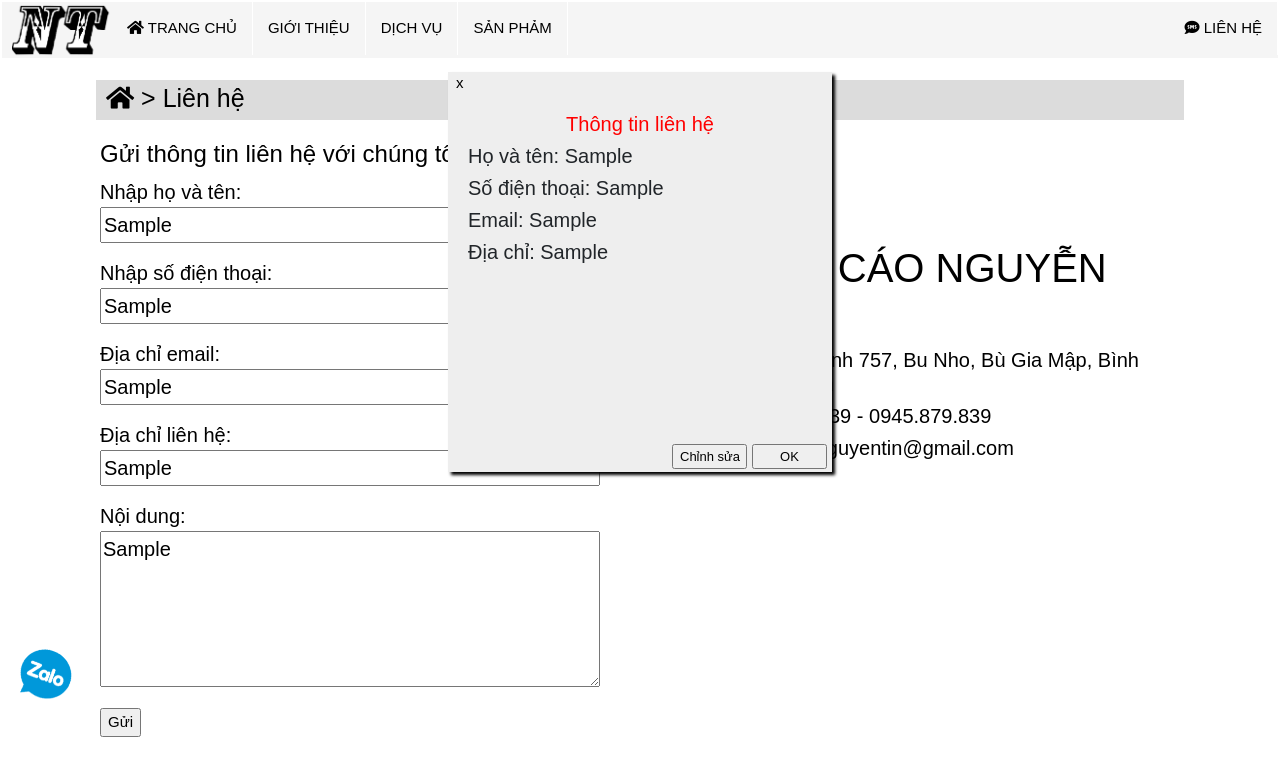
Repository: Haunguyen42193/quangcaonguyentin.github.io
Page: contact.html
These files come from the project's save history. The page is drawn as it stood at one moment and after the next save; the edit follows.
The browser window is 1280 px wide. The pictures show the part of the page from y = 0 to 757 px (the page is 1526 px tall).
Empty fields were first filled with sample values (such as "Sample", 5 or name@example.com).
After loading, the first visible `#submit` was clicked once.
Pictures or frames that could not be fetched are drawn as grey boxes. Some web fonts or font styles are not loaded; a fallback is used. Some web libraries are served in a nearby version.

Above is the page before, as saved 2021-09-17 18:13:07.

### contact.html
<!DOCTYPE html>
<html lang="en">
<head>
    <meta charset="UTF-8">
    <meta http-equiv="X-UA-Compatible" content="IE=edge">
    <meta name="viewport" content="width=device-width, initial-scale=1.0">
    <meta http-equiv="refresh" content="18000"/>
    <title>Quảng Cáo Nguyễn Tín</title>
    <link rel="shotcut icon" href="images/logo2.png"/>
    <link
    rel="stylesheet"
    href="https://cdnjs.cloudflare.com/ajax/libs/animate.css/4.1.1/animate.min.css"
    />
    <!--carousel-->
    <link href="https://cdn.jsdelivr.net/npm/bootstrap@5.1.0/dist/css/bootstrap.min.css" rel="stylesheet" integrity="sha384-KyZXEAg3QhqLMpG8r+8fhAXLRk2vvoC2f3B09zVXn8CA5QIVfZOJ3BCsw2P0p/We" crossorigin="anonymous">
    <!--font awesome-->
    <link rel="stylesheet" href="https://pro.fontawesome.com/releases/v5.10.0/css/all.css" integrity="sha384-AYmEC3Yw5cVb3ZcuHtOA93w35dYTsvhLPVnYs9eStHfGJvOvKxVfELGroGkvsg+p" crossorigin="anonymous"/>
    <!--css-->
    <link rel="stylesheet" href="CSS/stylecontact.css"/>
    <!--font chữ-->
    <link rel="preconnect" href="https://fonts.googleapis.com">
    <link rel="preconnect" href="https://fonts.gstatic.com" crossorigin>
    <link href="https://fonts.googleapis.com/css2?family=K2D:wght@600&display=swap" rel="stylesheet">
    <!-- JavaScript Bundle with Popper -->
    <script src="https://cdn.jsdelivr.net/npm/bootstrap@5.1.0/dist/js/bootstrap.bundle.min.js" integrity="sha384-U1DAWAznBHeqEIlVSCgzq+c9gqGAJn5c/t99JyeKa9xxaYpSvHU5awsuZVVFIhvj" crossorigin="anonymous"></script>
    <!--Jquery-->
    <script src="Js/jquery-3.6.0.min.js"></script>

</head>
<body>
    <script src="Js/main.js"></script>
    <nav class="header-menu">
        <div class="menu">
            <div class="logo">
                <a href="homepage.html"><img src="images/logo2.png" alt="bang quang cao tiem" id="logotiem"/></a>
            </div>
            <ul>
                <li><a href="homepage.html"><i class="fas fa-home"></i> TRANG CHỦ</a></li>
                <li><a href="#">GIỚI THIỆU</a></li>
                <li class="sub"><a href="homepage.html">DỊCH VỤ</a>
                    <ul class="menu subcontent">
                        <li><a href="#">LÀM BẢNG HIỆU LED</a></li>
                        <li><a href="#">LÀM BẢNG HIỆU ALU</a></li>
                        <li><a href="#">LÀM BẢNG HIỆU HỘP ĐÈN</a></li>
                        <li><a href="#">LÀM BẢNG HIỆU MICA</a></li>
                    </ul>
                </li>
                <li class="sub"><a href="#">SẢN PHẢM</a>
                    <ul class="menu subcontent">
                      <li><a href="#">BẢNG HIỆU HỘP ĐÈN</a></li>
                      <li><a href="#">MẶT DỰNG ALU</a></li>
                      <li><a href="#">BẢNG HIỆU CHỮ NỔI</a></li>
                      <li><a href="#">BẢNG HIỆU LED</a></li>
                    </ul>
                </li>
                <li><a href="contact.html"><i class="fas fa-sms"></i> LIÊN HỆ</a></li>
            </ul>
        </div>
      </nav>

      <!--go to top-->
      <div>
        <a id="goToTop" href="javascript:;"><i class="fas fa-chevron-up" title="GO TO TOP"></i></a>
      </div>
      <!--zalo-->
      <div class="zalo">
        <a href="https://zalo.me/0982652639" target="_blank"><img src="images/icon-zalo1.png"/></a>
      </div>
      <!--content of contact-->
    <section>
        <div class="contact-title">
            <div>
                <a href="homepage.html" title="Trang chủ"><i class="fas fa-home"></i></a>
                <span>></span>
                <span class="move">Liên hệ</span>
            </div>
        </div>
        <div class="contact">
            <div class="contact-info">
                <h4>Gửi thông tin liên hệ với chúng tôi</h4>
                <div class="nhap">
                    <p>Nhập họ và tên: </p><input type="text" placeholder="Nhập họ và tên" id="name"/>
                </div>
                <div class="nhap">
                    <p>Nhập số điện thoại:</p><input type="text" placeholder="Nhập số điện thoại" id="phone"/>
                </div>
                <div class="nhap">
                    <p>Địa chỉ email: </p><input type="text" placeholder="email" id="mail"/>
                </div>
                <div class="nhap">
                    <p>Địa chỉ liên hệ: </p><input type="text" placeholder="Địa chỉ đầy đủ" id="address"/>
                </div>
                <div class="nhap">
                    <p>Nội dung:</p>
                    <textarea placeholder="Nhập nội dung yêu cầu" name="sNoidung" rows="5" id="request"></textarea>
                </div>
                <div class="submit">
                    <input type="button" value="Gửi" id="submit"/>
                </div>

            </div>
        </div>
        <div class="popup">
          <div class="inform">
            <a href="#">x</a>
            <input type="button" value="OK" id="ok"/>
            <input type="button" value="Chỉnh sửa" id="fix"/>
          </div>
        </div>
        <div class="contact1">
            <div class="contact-info">
                <img src="images/logo2.png" alt="logo" class="foot-logo" />
                <h1>QUẢNG CÁO NGUYỄN TÍN</h1>
                <h2>Địa chỉ: Đường tỉnh 757, Bu Nho, Bù Gia Mập, Bình Phước, Việt Nam</h2>
                <h2>SĐT: 0982.652.639 - 0945.879.839</h2>
                <h2>Mail: quangcaonguyentin@gmail.com</h2>
            </div>
        </div>
    </section>
    <div class="google-map-contact">
        <iframe src="https://www.google.com/maps/embed?pb=!1m18!1m12!1m3!1d5524.536939975059!2d106.86915028708552!3d11.734195462804998!2m3!1f0!2f0!3f0!3m2!1i1024!2i768!4f13.1!3m3!1m2!1s0x31735d28dd4c295f%3A0xd023a3b16b598d53!2zVHLGsOG7nW5nIFRIUFQgTmd1eeG7hW4gS2h1eeG6v24gLSBCw7kgTmhv!5e0!3m2!1svi!2s!4v1629276927340!5m2!1svi!2s" style="border:0;" allowfullscreen="" loading="lazy"></iframe>"
    </div>
    <section>
        <div class="foot-contacts">
          <div class="foot-contact">
            <img src="images/logo2.png" alt="logo" class="foot-logo" />
            <h1>QUẢNG CÁO NGUYỄN TÍN</h1>
            <h2>Địa chỉ: Đường tỉnh 757, Bu Nho, Bù Gia Mập, Bình Phước, Việt Nam</h2>
            <h2>SĐT: 0982.652.639 - 0945.879.839</h2>
            <h2>Mail: quangcaonguyentin@gmail.com</h2>
          </div>
          <div class="foot-service">
            <div class="foot-service-title">
              <h1>DANH MỤC DỊCH VỤ</h1>
            </div>
            <h2><a href="#">Làm bảng hiệu LED</a></h2>
            <h2><a href="#">Làm bảng hiệu ALU</a></h2>
            <h2><a href="#">Làm bảng hiệu HỘP ĐÈN</a></h2>
            <h2><a href="#">Làm bảng hiệu MICA</a></h2>
          </div>
          <div class="foot-product">
            <div class="foot-service-title">
              <h1>DANH MỤC SẢN PHẨM</h1>
            </div>
            <h2><a href="#">Làm bảng hiệu LED</a></h2>
            <h2><a href="#">Làm bảng hiệu ALU</a></h2>
            <h2><a href="#">Làm bảng hiệu HỘP ĐÈN</a></h2>
            <h2><a href="#">Làm bảng hiệu MICA</a></h2>
          </div>
        </div>
      </section>
      <!--foot-->
      <div class="web-foot">
        <h2>QUẢNG CÁO NGUYỄN TÍN &#10052 2021</h2>
      </div>
</body>
</html>

### CSS/stylecontact.css
body {
    font-family: 'K2D', sans-serif;
    font-size: 15px;
    background-color: white;
    background-repeat: no-repeat;
    background-attachment: fixed;
}
/*menu*/
.header-menu{
    width:100%;
    background-color: whitesmoke;
    padding-left: 10px;
    border: 2px solid white;
    position: fixed;
    z-index:99;
    top:0;
    left:0;
}
img#logotiem{
    width:100px;
    float:left;
}
div.menu > ul{
    display:flex;
    /* justify-content: center;
    align-items: center; */
}
div.menu ul{
    list-style-type: none;
    margin: 0;
    padding:0;
    background-color: whitesmoke;
}
div.menu ul li:last-child{
    margin-left: auto;
}
.subcontent{
    display:none;
    background: linear-gradient(gray, rgb(224, 222, 222));
}
.sub:hover .subcontent{
    display: block;
    position:absolute;
    width: 230px;
}

div.menu ul li{
    margin-bottom: 0px;
    position:relative;
    border-right: 1px solid white;
}

div.menu ul li a::before{
    content: '';
     position: absolute;
     bottom: -7px;
     left: 0px;
     width: 100%;
     height: 5px;
     background-color: #0cacdd;
     border-radius: 8px 8px 0 0;
     opacity: 0;
     transition: 0.3s;
}

div.menu ul li a:hover:before{
    opacity: 1;
    bottom:0;
}
div.menu ul li a{
    text-decoration: none;
    display: block;
    padding: 15px;
}
a:link{
    color:black;
}
a:visited{
    color:black;
}
a:hover{
    background-color: rgb(37, 32, 32);
    color: #2591d8;
}
a:active{
    color:rgb(35, 23, 201);
}

.subcontent::before{
    content: " ";
    border-width: 10px;
    border-style: solid;
    border-color:transparent transparent gray transparent;
    position: absolute;
    bottom: 100%;
    left:15%;
}
/*gototop*/
#goToTop {
    position: fixed;
    font-size: 30px;
    border-radius: 50%;
    z-index: 99;
    padding: 0 10px;
    border: 2px solid red;
    color: red;
    opacity: 0.5;
    right: 10px;
    bottom: 10px;
}
/*zalo*/
.zalo{
    position: fixed;
    z-index: 999;
    left: 20px;
    bottom: 20px;
    width: 4%;
}
.zalo img{
    width: 100%;
    animation:zalo-ring 1s infinite ease-in-out;
}
.zalo > a:hover{
    background-color: transparent;
}
@keyframes zalo-ring{
    0%{
    transform:rotate(0) scale(1) skew(1deg)
    }
    10%{
        transform:rotate(-25deg) scale(1.05) skew(1deg)
    }
    20%{
        transform:rotate(25deg) scale(1) skew(1deg)
    }
    30%{
        transform:rotate(-25deg) scale(1.05) skew(1deg)
    }
    40%{
        transform:rotate(25deg) scale(1) skew(1deg)
    }
    50%{
        transform:rotate(0) scale(1) skew(1deg)
    }
    100%{
        transform:rotate(0) scale(1) skew(1deg)
    }
}
/*foot contact*/
.foot-contacts {
    display: flex;
    position: relative;
    top: 120px;
    justify-content: center;
}
.foot-contacts h2{
    font-size: 15px;
}
.foot-contact {
    display: flex;
    width: 350px;
    flex-wrap: wrap;
    width: 25%;
}
.foot-logo{
    width:30%;
}
.foot-contact h1{
    width: 50%;
    font-size: 25px;
}
.foot-service{
    position: relative;
    border-right: 1px solid gray;
    width:25%;
    padding: 0 50px;
    border-left: 1px solid gray;
}
.foot-product{
    position: relative;
    width: 25%;
    padding: 0 50px;
}
.foot-service-title h1{
    font-size: 20px;
    padding-bottom: 10px;
    padding-top: 10px;
}
.foot-contacts a{
    text-decoration: none;
}
.foot-contacts a:link{
    color: #4b7494;
}
.foot-contacts a:visited{
    color: #4b7494;
}
.foot-contacts a:hover{
    color: #0c0e0f;
    background-color: white;
}
.foot-contacts a:active{
    color: #124c79;
}
/*web foot*/
.web-foot{
    background-color: gray;
    position: relative;
    top: 80px;
    padding: 15px;
    margin-top: 60px;
}
.web-foot > h2{
    text-align: center;
    font-size: 15px;
}
/*contact*/
.contact {
    color: black;
    position: relative;
    top:100px;
    left: 100px;
    width: 500px;
    border-radius: 5px;
}
.contact1 {
    color: black;
    position: absolute;
    top:160px;
    right: 100px;
    width: 500px;
    border-radius: 5px;
}
.contact-title{
    color: black;
    position: relative;
    top: 80px;
    width: 85%;
    margin: auto;
    height: 40px;
    background-color: gainsboro;
    font-size: 25px;
}
.contact-title div{
    padding-left: 10px;
}
.contact-title a:hover{
    background-color: transparent;
    color: black;
}
.contact-info p{
    font-size: 20px;
    position: relative;
    margin: 0;
}
.nhap input, textarea{
    font-size: 20px;
    width: 100%;
    margin-bottom: 15px;
}
.contact1 h2{
    font-size: 20px;
}
.inform{
    position: fixed;
    width: 30%;
    height: 400px;
    background-color: rgb(238, 238, 238);
    z-index: 99;
    top: 10%;
    left:35%;
    box-shadow: 3px 3px 3px black;
}
.inform a{
    padding: 0 8px 5px;
    text-decoration: none;
    position: absolute;
    top: 0;
    left: 0;
    color: black;

}
.inform a:hover{
    background-color: red;
    color: white;
    outline: 1px groove white;
}
#ok{
    position: absolute;
    bottom: 3px;
    right: 5px;
    width: 75px;
    font-size: 13px;
}
#fix{
    position: absolute;
    bottom: 3px;
    right: 85px;
    width: 75px;
    font-size: 13px;
}
.notice{
    padding: 40px 20px;
}
.notice h5:first-child{
    text-align: center;
    color: red;
}
/*contact-map*/
.google-map-contact iframe{
    position: relative;
    top:120px;
    width: 100%;
    height:500px;
}

### Js/main.js

$(document).ready(function() {
    $("#goToTop").hide()
    $(window).scroll(function() {

        if($(this).scrollTop() >= 80)
            $("#goToTop").show("slow");
        else
            $("#goToTop").hide("slow");

    })
    $("#goToTop").click(function() {
        $("html, body").animate({
            scrollTop: 0
        }, 1000);
    })
    $(".inform").hide()
    $("#submit").click(function(){
        var name = $("#name").val()
        var phone = $("#phone").val()
        var mail = $("#mail").val()
        var address = $("#address").val()
        $(".popup").prepend(`
        <div class="inform">
            <a href="#">x</a>
            <input type="button" value="OK" id="ok"/>
            <input type="button" value="Chỉnh sửa" id="fix"/>
            <div class="notice">
                <h5>Thông tin liên hệ</h5>
                <h5>Họ và tên: ${name}</h5>
                <h5>Số điện thoại: ${phone}</h5>
                <h5>Email: ${mail}</h5>
                <h5>Địa chỉ: ${address}</h5>
            </div>
          </div>
        `)
    })
    $(".popup").on("click", ".inform a, #ok", function(){
        event.preventDefault()
        $(this).parent().remove()
    })
})

Loaded but not shown: Js/jquery-3.6.0.min.js (library)

After the next save:
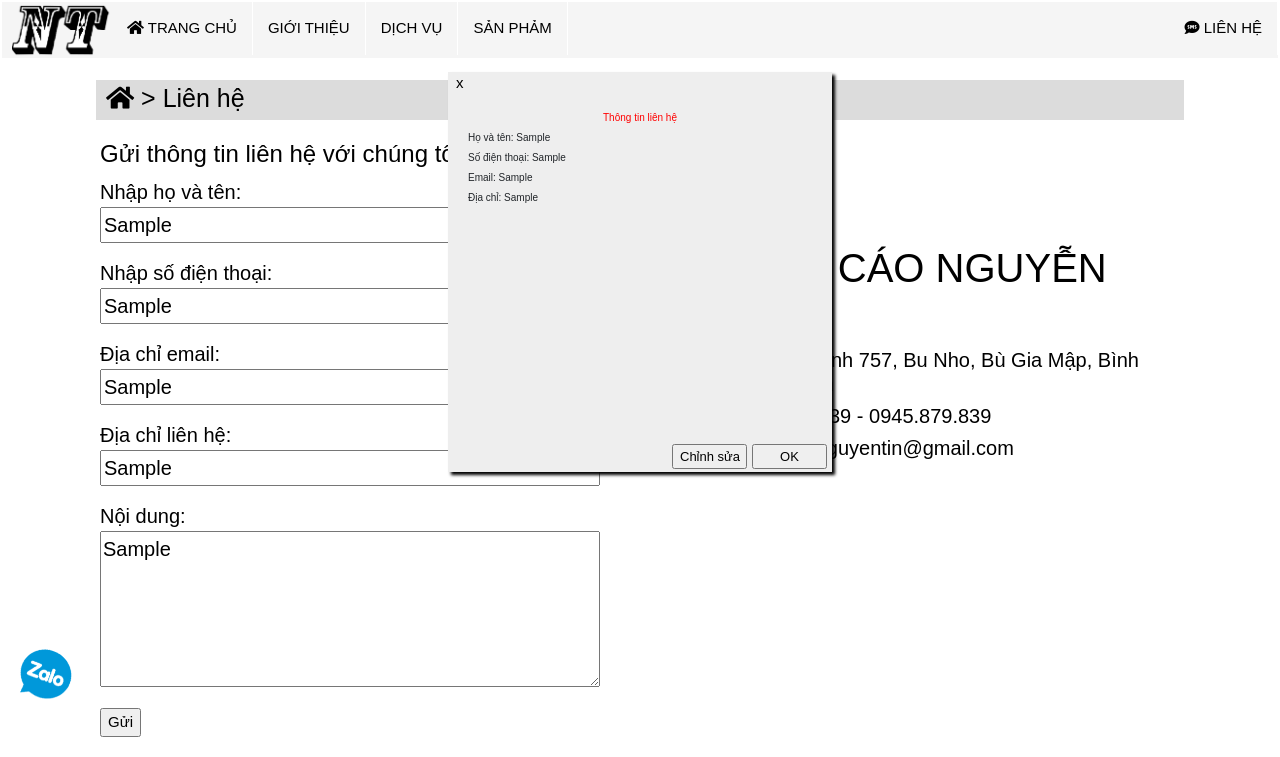
Saved 52 s later.
--- a/CSS/stylecontact.css
+++ b/CSS/stylecontact.css
@@ -306,6 +306,9 @@ a:active{
     text-align: center;
     color: red;
 }
+.notice h5:not(first-child){
+    font-size: 10px;
+}
 /*contact-map*/
 .google-map-contact iframe{
     position: relative;
